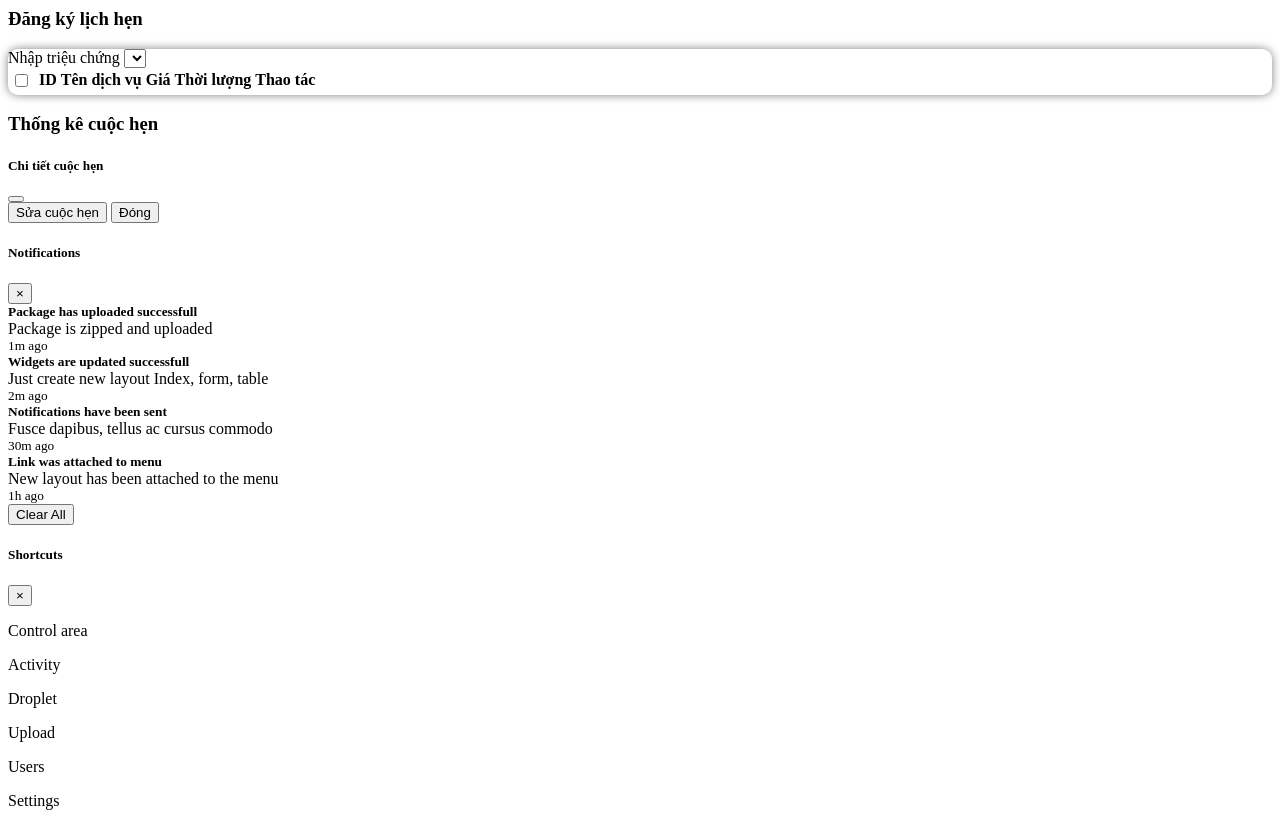
Repository: TrungAug/dentist-fe
Page: src/templates/admin-calendar.html
The author's editor kept a copy of each file at every save. The page is drawn from the files as they stood at one save, then again after the next save.
The browser window is 1280 px wide. The pictures show the whole page.

Above is the page before, as saved 2024-07-08 17:13:49.

### src/templates/admin-calendar.html
<div class="vertical  dark ">
  <div class="wrapper">
    <nav class="topnav navbar navbar-light" ng-include="'component/admin-nav.html'">
    </nav>
    <aside class="sidebar-left border-right shadow" id="leftSidebar" ng-include="'component/admin-aside.html'"
      data-simplebar>
    </aside>
    <main role="main" class="main-content" ng-controller="AdminCalendar">
      <div class="row justify-content-center mb-3">
        <div class="d-flex flex-items-center flex-justify-between">
          <h3 class="text-muted" id="history-pagehead">Đăng ký lịch hẹn</h3>
        </div>
        <div class="custom-hr"></div>
        <div class="row form-booking-appointment"
          style="box-shadow: 0px 0px 10px rgba(0, 0, 0, 0.5); border-radius: 10px;">
          <div class="col-6">
            <div class="form-group mb-3">
              <label for="dental-issues">Nhập triệu chứng</label>
              <select id="dental-issues" class="form-control select2-multi" ng-model="formApp.dentalIssuesId"
                ng-options="ds.dentalIssuesId as ds.name for ds in listDentalIssueDB">
              </select>
            </div>
            <div>
              <table class="table table-borderless table-hover">
                <thead>
                  <tr>
                    <td>
                      <div class="custom-control custom-checkbox">
                        <input type="checkbox" class="custom-control-input" id="all2">
                        <label class="custom-control-label" for="all2"></label>
                      </div>
                    </td>
                    <th></th>
                    <th>ID</th>
                    <th>Tên dịch vụ</th>
                    <th>Giá</th>
                    <th>Thời lượng</th>
                    <th>Thao tác</th>
                  </tr>
                </thead>
                <tbody>
                  <tr>

                  </tr>
                </tbody>
              </table>
            </div>
          </div>
          <div class="col-6">

          </div>
        </div>
      </div>
      <div class="row justify-content-center mb-3">
        <div id='calendar-book-appointment' class="custom-calendar-book-appointment"></div>
      </div>
      <div class="row justify-content-center mb-3">
        <div class="d-flex flex-items-center flex-justify-between">
          <h3 class="text-muted" id="history-pagehead">Thống kê cuộc hẹn</h3>
        </div>
        <div class="custom-hr"></div>
      </div>


      <!-- <div class="row justify-content-center">
        <div class="col-12">
          <div class="card shadow">
            <div class="card-body">
              <button class="btn btn-primary mb-3" type="button" data-bs-toggle="collapse"
                data-bs-target="#collapseBookAppoinment" aria-expanded="false" aria-controls="collapseBookAppoinment">
                Tạo lịch hẹn
              </button>
              <div class="collapse p-4 mb-5" id="collapseBookAppoinment"
                style="box-shadow: 0px 0px 10px rgba(0, 0, 0, 0.5); border-radius: 10px;">
                <div class="row">
                  <div class="col-lg-6">
                    <div class="form-group mb-3">
                      <label for="date-input1">Ngày khám</label>
                      <div class="input-group">
                        <div class="input-group-prepend">
                          <div class="input-group-text" id="button-addon-date"><span
                              class="fe fe-calendar fe-16"></span>
                          </div>
                        </div>
                        <input type="text" class="form-control drgpicker" id="appointmentDateRequest"
                          ng-model="formAppointmentRequest.appointmentDate" autocomplete="off">
                      </div>
                    </div>

                    <div ng-if="doctorDB.length==0">
                      <label class="text-danger"> Không có bác sĩ làm việc </label>
                    </div>

                    <div ng-repeat="d in doctorDB" class="accordion accordion-flush mb-3"
                      id="accordionFlush-DoctorSchedule-{{d.doctorId}}">
                      <div class="accordion-item">
                        <h2 class="accordion-header" id="flush-headingOne-DoctorSchedule-{{d.doctorId}}">
                          <button class="accordion-button collapsed" type="button" data-bs-toggle="collapse"
                            data-bs-target="#flush-collapseOne-DoctorSchedule-{{d.doctorId}}" aria-expanded="false"
                            aria-controls="flush-collapseOne-DoctorSchedule-{{d.doctorId}}">
                            Bác sĩ {{d.fullName}}
                          </button>
                        </h2>
                        <div id="flush-collapseOne-DoctorSchedule-{{d.doctorId}}" class="accordion-collapse collapse"
                          aria-labelledby="flush-headingOne-DoctorSchedule-{{d.doctorId}}"
                          data-bs-parent="#accordionFlush-DoctorSchedule-{{d.doctorId}}">
                          <div class="accordion-body">
                            <div class="d-flex flex-column align-items-start">
                              <ul class="nav nav-pills mb-3" id="pills-tab-{{d.doctorId}}" role="tablist">
                                <li class="nav-item" ng-repeat="s in shiftDB(d.doctorId)" role="presentation">
                                  <button class="nav-link" id="pills-{{s.shiftId}}-{{d.doctorId}}-tab"
                                    data-bs-toggle="pill" data-bs-target="#pills-{{s.shiftId}}-{{d.doctorId}}"
                                    type="button" role="tab" aria-controls="pills-{{s.shiftId}}-{{d.doctorId}}"
                                    aria-selected="false" ng-class="{active: isSelected(s.shiftId,d.doctorId)}"
                                    ng-click="selectTab(s.shiftId,d.doctorId,$event)">{{s.name}}</button>
                                </li>
                              </ul>
                              <div class="tab-content" id="pills-tabContent-{{d.doctorId}}">
                                <div class="tab-pane fade" ng-repeat="s in shiftDB(d.doctorId)"
                                  id="pills-{{s.shiftId}}-{{d.doctorId}}" role="tabpanel"
                                  aria-labelledby="pills-{{s.shiftId}}-{{d.doctorId}}-tab"
                                  ng-class="{ 'active show': isSelected(s.shiftId,d.doctorId) }">
                                  <div ng-show="listTOS.length != 0" ng-repeat="tos in listTOS"
                                    class="custom-radio radio-checked me-3">
                                    <label>
                                      <input type="radio" name="timeOfShift"
                                        id="repeatRadioTOS-{{tos[1].timeOfShiftId}}"
                                        ng-click="onChangeTimeOfShiftId(tos[1].timeOfShiftId)"
                                        ng-value="tos[1].timeOfShiftId">
                                      <span>{{ tos[1].beginTime | firstFiveChars }} - {{ tos[1].endTime |
                                        firstFiveChars
                                        }}</span>
                                    </label>
                                  </div>
                                  <div ng-show="listTOS.length === 0">
                                    <label class="text-danger">Không có ca làm việc để hiển thị</label>
                                  </div>
                                </div>
                              </div>
                            </div>
                          </div>
                        </div>
                      </div>
                    </div>

                    <div class="continue-book-appoinment float-right" ng-show="isContinueShow">
                      <a href="#" class="text-primary" ng-click="showFormRegister($event)">>>Tiếp tục</a>
                    </div>
                  </div>
                  <div class="col-lg-6" ng-show="!isShowFormRegister">
                    <div class="mb-3" style="box-shadow: 0px 0px 10px rgba(0, 0, 0, 0.5); border-radius: 10px;">
                      <img src="/assets/images/bg/admin-calendar-bg.jpg" class="w-100" alt="">
                    </div>
                  </div>
                  <div class="col-lg-6" ng-show="isShowFormRegister">
                    <div class="p-3 mb-3" style="box-shadow: 0px 0px 10px rgba(0, 0, 0, 0.5); border-radius: 10px;">
                      <div class="form-group mb-3">
                        <label for="formDoctorUnavailabilityRequestDescription" class="col-form-label">Tiêu đề cuộc
                          hẹn</label>
                        <input type="text" class="form-control" id="formDoctorUnavailabilityRequestDescription"
                          ng-model="formDoctorUnavailabilityRequest.description">
                      </div>

                      <div class="form-group mb-3">
                        <label for="formAppointmentPatientRecordRequestPatientId">Chọn bệnh nhân</label>
                        <select id="formAppointmentPatientRecordRequestPatientId" class="form-control select2"
                          ng-model="formAppointmentPatientRecordRequest.patientId"
                          ng-options="p.patientId as (p.fullName + ' - ' + p.phoneNumber) for p in listPatientDB">
                        </select>
                      </div>

                      <div class="form-group mb-3">
                        <label for="formAppointmentRequestAppointmentType">Chọn loại cuộc hẹn</label>
                        <select id="formAppointmentRequestAppointmentType" class="form-control select2"
                          ng-model="formAppointmentRequest.appointmentType"
                          ng-options="t.appointment_TypeId as t.typeName for t in listAppointmentTypeDB">
                        </select>
                      </div>

                      <div class="form-group mb-3">
                        <label for="formAppointmentStatus">Trạng thái</label>
                        <select id="formAppointmentStatus" class="form-control select2"
                          ng-model="formAppointmentRequest.appointmentStatus"
                          ng-options="t.appointment_StatusId as t.status for t in listAppointmentStatusBD" disabled>
                        </select>
                      </div>

                      <div class="form-floating mb-3">
                        <textarea ng-model="formAppointmentRequest.note" class="form-control"
                          placeholder="Nhập triệu chứng" id="formAppointmentRequestNote"
                          style="height: 100px"></textarea>
                        <label for="formAppointmentRequestNote">Ghi chú</label>
                      </div>
                    </div>
                  </div>
                </div>
                <button type="button" class="btn mb-2 btn-success btn-create-appoinment" ng-click="saveAppointment()"
                  ng-show="isShowFormRegister">Lưu
                  lại</button>
              </div>

              <div id='calendar-book-appointment' class="custom-calendar-book-appointment"></div>
            </div>
          </div>
        </div>
      </div> -->

      <!-- Event details -->
      <button type="button" class="btn btn-primary" data-bs-toggle="modal" data-bs-target="#eventDetails"
        id="btnEventDetails" hidden>
        Xem chi tiết cuộc hẹn
      </button>
      <div class="modal fade" id="eventDetails" tabindex="-1" aria-labelledby="eventDetailsLabel" aria-hidden="true">
        <div class="modal-dialog">
          <div class="modal-content">
            <div class="modal-header">
              <h5 class="modal-title" id="eventDetailsLabel">Chi tiết cuộc hẹn</h5>
              <button type="button" class="btn-close" data-bs-dismiss="modal" aria-label="Close"></button>
            </div>
            <div class="modal-body" id="eventDetailsBody">
              <!-- Thông tin sự kiện -->
            </div>
            <div class="modal-footer">
              <button type="button" class="btn btn-info" data-bs-dismiss="modal">Sửa cuộc hẹn</button>
              <button type="button" class="btn btn-primary" data-bs-dismiss="modal">Đóng</button>
            </div>
          </div>
        </div>
      </div>
      <!-- End Event details -->

      <div class="modal fade modal-notif modal-slide" tabindex="-1" role="dialog" aria-labelledby="defaultModalLabel"
        aria-hidden="true">
        <div class="modal-dialog modal-sm" role="document">
          <div class="modal-content">
            <div class="modal-header">
              <h5 class="modal-title" id="defaultModalLabel">Notifications</h5>
              <button type="button" class="close" data-dismiss="modal" aria-label="Close">
                <span aria-hidden="true">&times;</span>
              </button>
            </div>
            <div class="modal-body">
              <div class="list-group list-group-flush my-n3">
                <div class="list-group-item bg-transparent">
                  <div class="row align-items-center">
                    <div class="col-auto">
                      <span class="fe fe-box fe-24"></span>
                    </div>
                    <div class="col">
                      <small><strong>Package has uploaded successfull</strong></small>
                      <div class="my-0 text-muted small">Package is zipped and uploaded</div>
                      <small class="badge badge-pill badge-light text-muted">1m ago</small>
                    </div>
                  </div>
                </div>
                <div class="list-group-item bg-transparent">
                  <div class="row align-items-center">
                    <div class="col-auto">
                      <span class="fe fe-download fe-24"></span>
                    </div>
                    <div class="col">
                      <small><strong>Widgets are updated successfull</strong></small>
                      <div class="my-0 text-muted small">Just create new layout Index, form, table</div>
                      <small class="badge badge-pill badge-light text-muted">2m ago</small>
                    </div>
                  </div>
                </div>
                <div class="list-group-item bg-transparent">
                  <div class="row align-items-center">
                    <div class="col-auto">
                      <span class="fe fe-inbox fe-24"></span>
                    </div>
                    <div class="col">
                      <small><strong>Notifications have been sent</strong></small>
                      <div class="my-0 text-muted small">Fusce dapibus, tellus ac cursus commodo</div>
                      <small class="badge badge-pill badge-light text-muted">30m ago</small>
                    </div>
                  </div> <!-- / .row -->
                </div>
                <div class="list-group-item bg-transparent">
                  <div class="row align-items-center">
                    <div class="col-auto">
                      <span class="fe fe-link fe-24"></span>
                    </div>
                    <div class="col">
                      <small><strong>Link was attached to menu</strong></small>
                      <div class="my-0 text-muted small">New layout has been attached to the menu</div>
                      <small class="badge badge-pill badge-light text-muted">1h ago</small>
                    </div>
                  </div>
                </div> <!-- / .row -->
              </div> <!-- / .list-group -->
            </div>
            <div class="modal-footer">
              <button type="button" class="btn btn-secondary btn-block" data-dismiss="modal">Clear All</button>
            </div>
          </div>
        </div>
      </div>
      <div class="modal fade modal-shortcut modal-slide" tabindex="-1" role="dialog" aria-labelledby="defaultModalLabel"
        aria-hidden="true">
        <div class="modal-dialog" role="document">
          <div class="modal-content">
            <div class="modal-header">
              <h5 class="modal-title" id="defaultModalLabel">Shortcuts</h5>
              <button type="button" class="close" data-dismiss="modal" aria-label="Close">
                <span aria-hidden="true">&times;</span>
              </button>
            </div>
            <div class="modal-body px-5">
              <div class="row align-items-center">
                <div class="col-6 text-center">
                  <div class="squircle bg-success justify-content-center">
                    <i class="fe fe-cpu fe-32 align-self-center text-white"></i>
                  </div>
                  <p>Control area</p>
                </div>
                <div class="col-6 text-center">
                  <div class="squircle bg-primary justify-content-center">
                    <i class="fe fe-activity fe-32 align-self-center text-white"></i>
                  </div>
                  <p>Activity</p>
                </div>
              </div>
              <div class="row align-items-center">
                <div class="col-6 text-center">
                  <div class="squircle bg-primary justify-content-center">
                    <i class="fe fe-droplet fe-32 align-self-center text-white"></i>
                  </div>
                  <p>Droplet</p>
                </div>
                <div class="col-6 text-center">
                  <div class="squircle bg-primary justify-content-center">
                    <i class="fe fe-upload-cloud fe-32 align-self-center text-white"></i>
                  </div>
                  <p>Upload</p>
                </div>
              </div>
              <div class="row align-items-center">
                <div class="col-6 text-center">
                  <div class="squircle bg-primary justify-content-center">
                    <i class="fe fe-users fe-32 align-self-center text-white"></i>
                  </div>
                  <p>Users</p>
                </div>
                <div class="col-6 text-center">
                  <div class="squircle bg-primary justify-content-center">
                    <i class="fe fe-settings fe-32 align-self-center text-white"></i>
                  </div>
                  <p>Settings</p>
                </div>
              </div>
            </div>
          </div>
        </div>
      </div>
    </main> <!-- main -->
  </div>
</div>

After the next save:
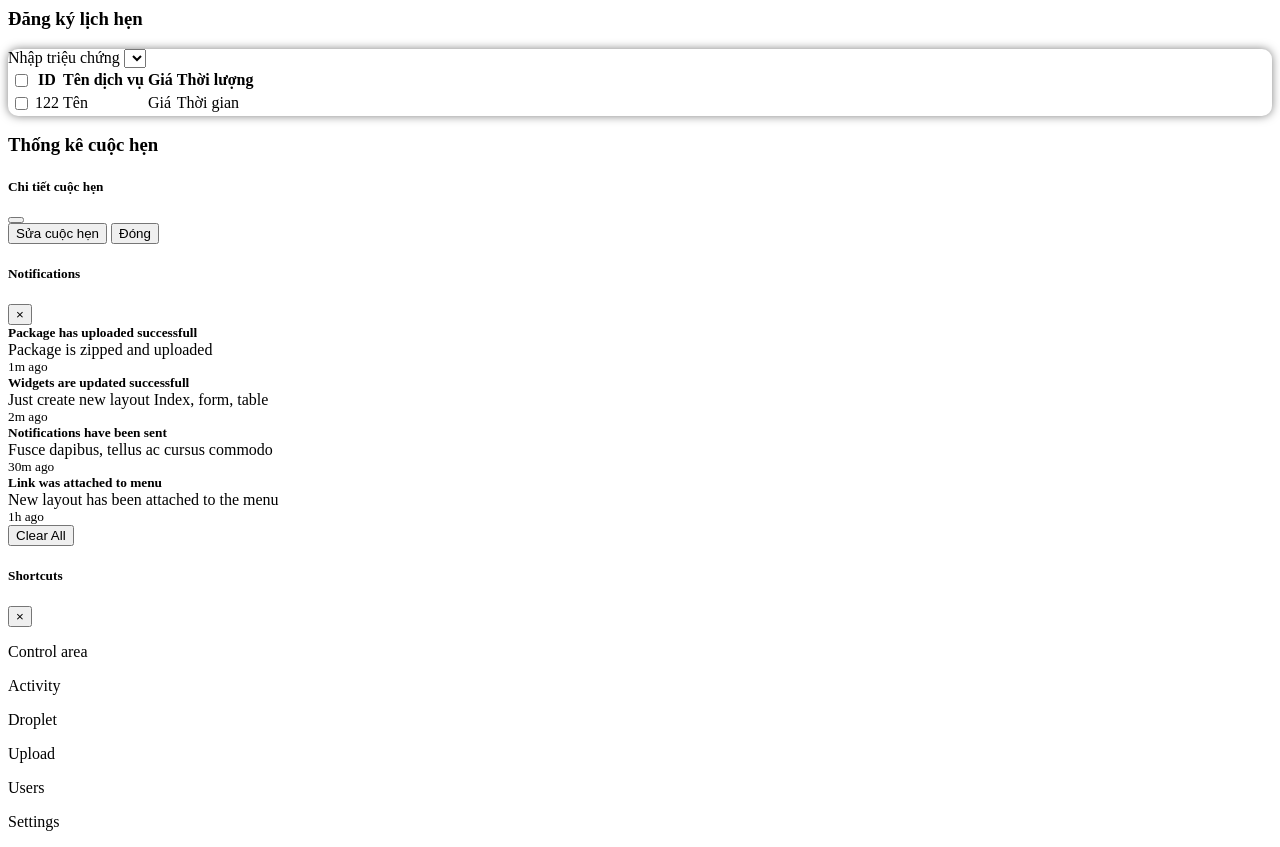
Saved 2 min 15 s later.
--- a/src/templates/admin-calendar.html
+++ b/src/templates/admin-calendar.html
@@ -24,23 +24,30 @@
               <table class="table table-borderless table-hover">
                 <thead>
                   <tr>
-                    <td>
+                    <th>
                       <div class="custom-control custom-checkbox">
                         <input type="checkbox" class="custom-control-input" id="all2">
                         <label class="custom-control-label" for="all2"></label>
                       </div>
-                    </td>
-                    <th></th>
+                    </th>
                     <th>ID</th>
                     <th>Tên dịch vụ</th>
                     <th>Giá</th>
                     <th>Thời lượng</th>
-                    <th>Thao tác</th>
                   </tr>
                 </thead>
                 <tbody>
                   <tr>
-
+                    <td>
+                      <div class="custom-control custom-checkbox">
+                        <input type="checkbox" class="custom-control-input" id="2474">
+                        <label class="custom-control-label" for="2474"></label>
+                      </div>
+                    </td>
+                    <td>122</td>
+                    <td>Tên</td>
+                    <td>Giá</td>
+                    <td>Thời gian</td>
                   </tr>
                 </tbody>
               </table>
